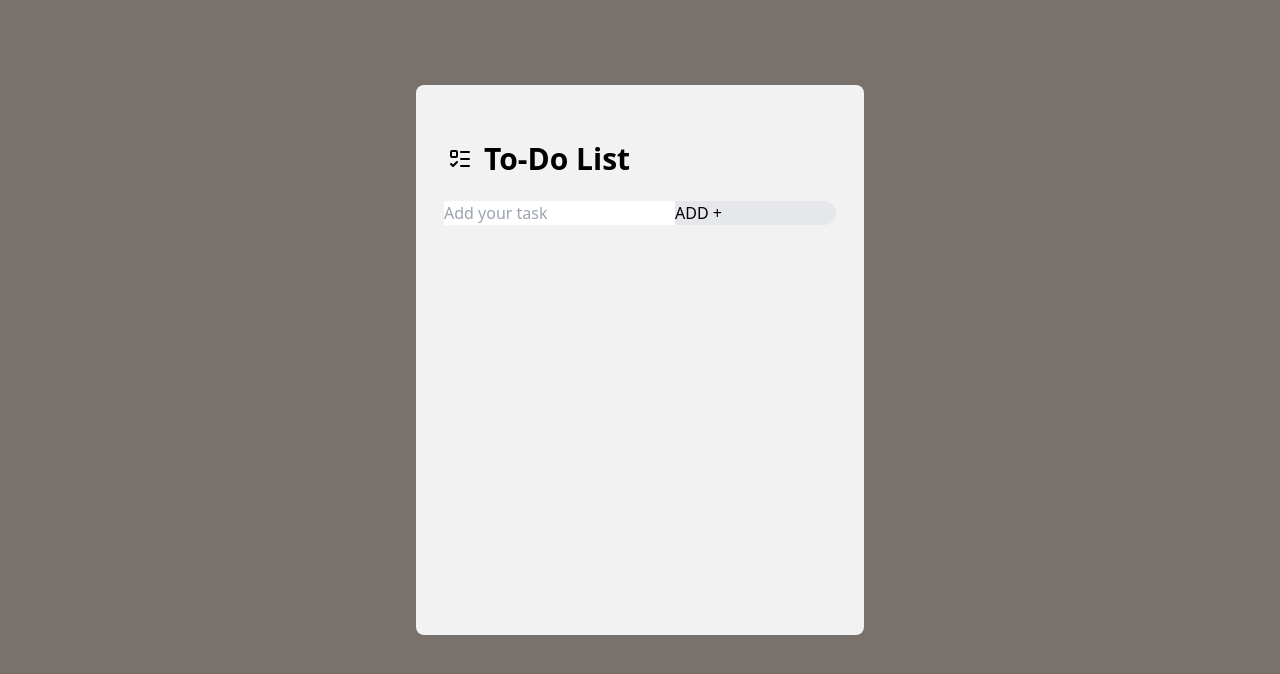
Repository: guilhermecardoso93/todolist-2025-tailwind
Page: /
An editor plug-in stored every save of this project. The page is shown before and after the next save, followed by the edit.
The browser window is 1280 px wide. The pictures show the whole page.
The project was rebuilt for these pictures with package versions that can differ from the ones it lists, and the page was loaded fresh each time. Also part of the build but not shown: vite.config.js.

Above is the page before, as saved 2024-11-07 20:00:58.

### index.html
<!doctype html>
<html lang="en">
  <head>
    <meta charset="UTF-8" />
    <meta name="viewport" content="width=device-width, initial-scale=1.0" />
    <title>ToDo List</title>
  </head>
  <body>
    <div id="root"></div>
    <script type="module" src="/src/main.jsx"></script>
  </body>
</html>

### src/App.jsx
import "./App.css";
import { ToDo } from "./components/ToDo";

export function App() {
  return (
    <div className="bg-stone-500 grid py-4 min-h-screen">
      <ToDo />
    </div>
  );
}

### src/components/ToDo.jsx
import { ListTodo } from "lucide-react";

export function ToDo() {
  return (
    <div className="bg-[#f2f2f2] place-self-center w-11/12 max-w-md flex flex-col p-7 min-h-[550px] rounded-lg gap-4">
      <div className="flex items-center mt-7 gap-2 flex flex-row">
        <ListTodo className="w-8" />
        <h1 className="text-3xl font-semibold">To-Do List</h1>
      </div>

      <div className="flex items-center my-2 bg-gray-200 rounded-full">
        <input type="text" placeholder="Add your task" />
        <button>ADD +</button>
      </div>
    </div>
  );
}

Loaded but not shown: src/main.jsx (common file); src/index.css (common file); tailwind.config.js (common file); src/App.css (no stored copy; drawn as an empty file)

After the next save:
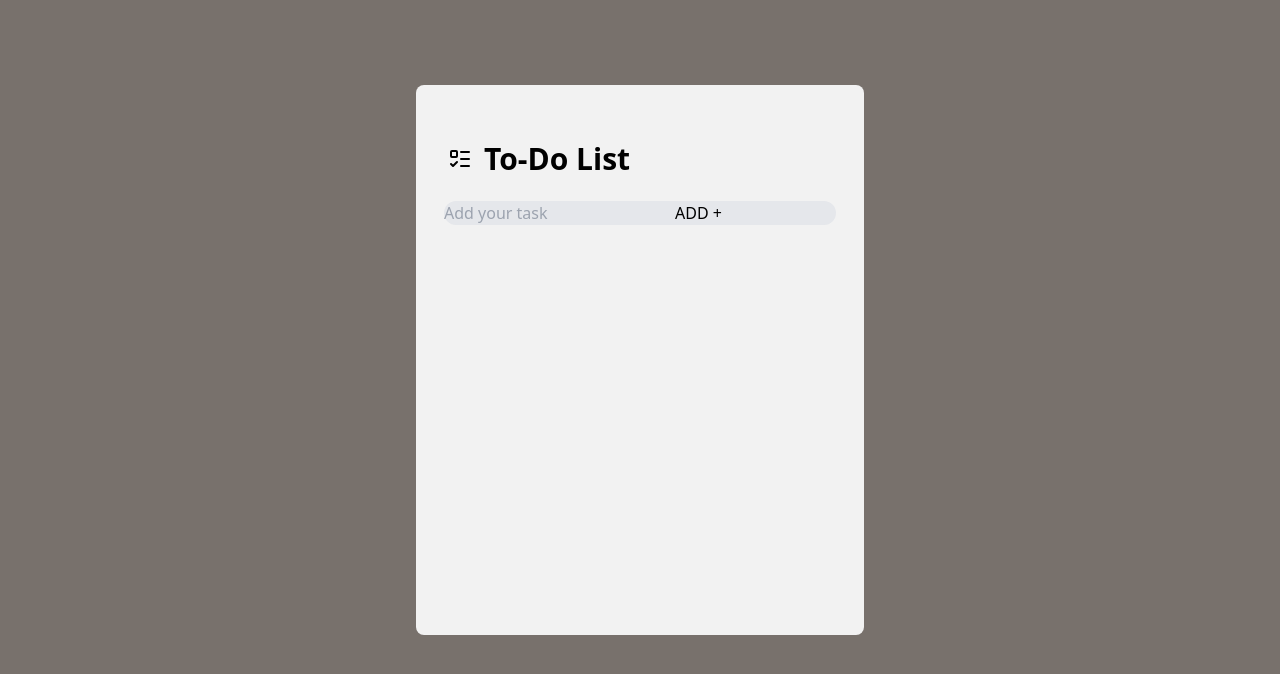
Saved 11 s later.
--- a/src/components/ToDo.jsx
+++ b/src/components/ToDo.jsx
@@ -9,7 +9,7 @@ export function ToDo() {
       </div>
 
       <div className="flex items-center my-2 bg-gray-200 rounded-full">
-        <input type="text" placeholder="Add your task" />
+        <input type="text" placeholder="Add your task" className="bg-transparent"/>
         <button>ADD +</button>
       </div>
     </div>
